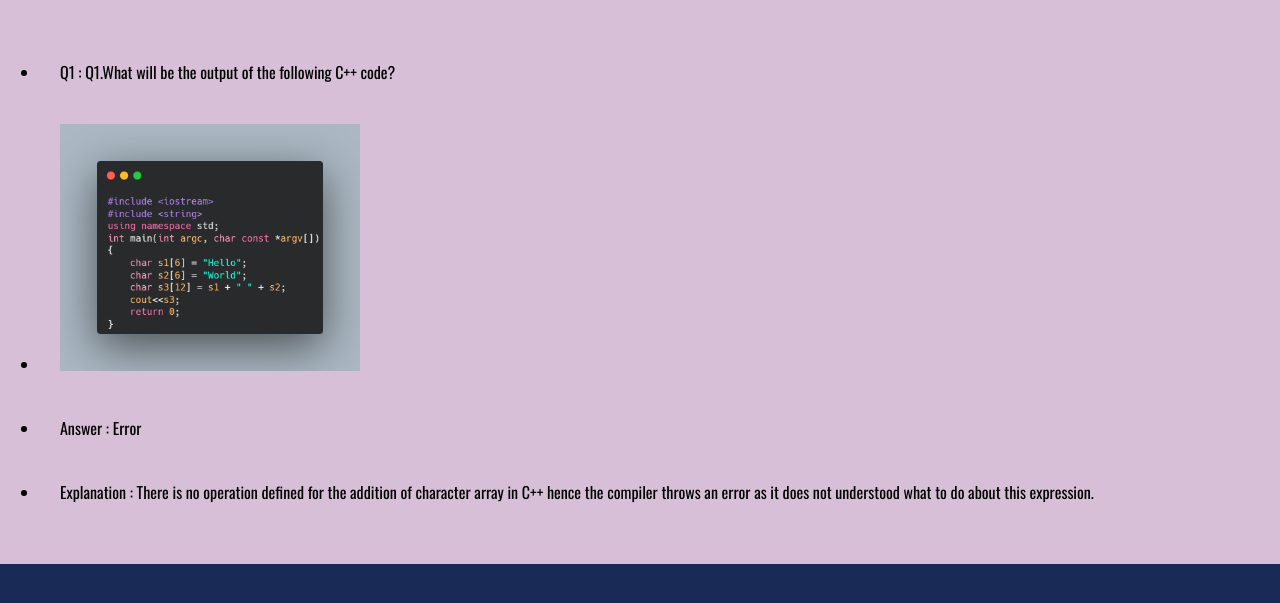
Repository: abdelrahmanahmed20021/Quiz-Platform
Page: info.html
An editor plug-in stored every save of this project. The page is shown before and after the next save, followed by the edit.
The browser window is 1280 px wide. The pictures show the whole page.

Above is the page before, as saved 2023-01-11 18:08:47.

After the next save:
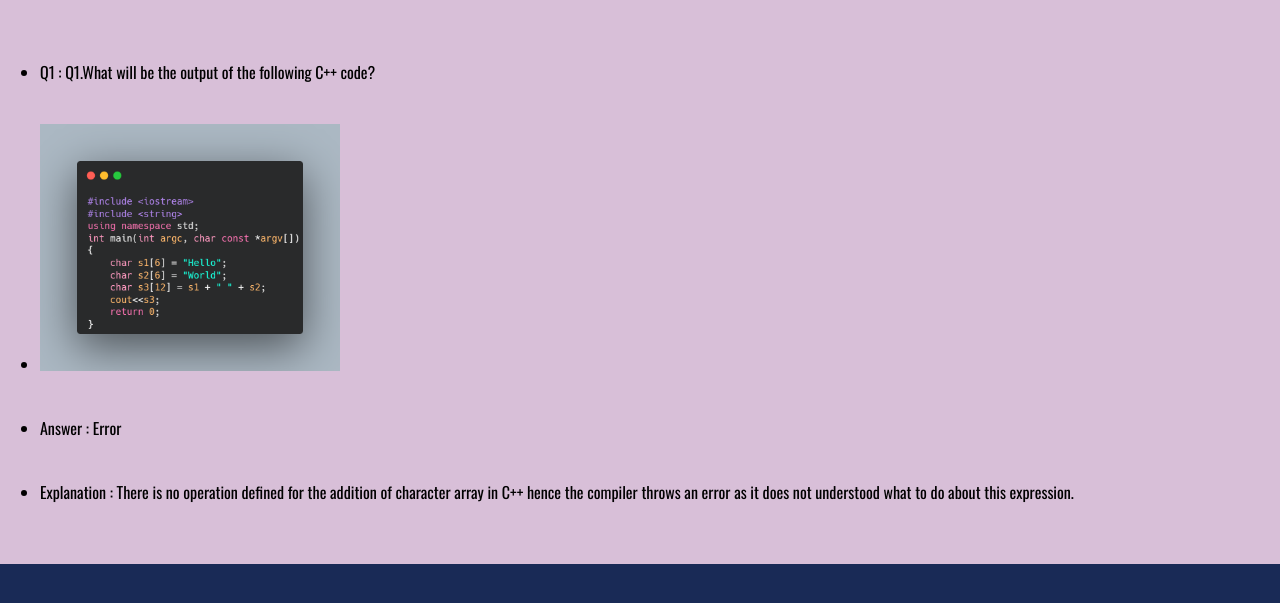
Saved 9 s later.
--- a/info.html
+++ b/info.html
@@ -16,7 +16,7 @@
                 padding: 40px;
             }
             .info-answers li{
-                padding: 20px;
+                padding: 20px 0;
             }
             .info-answers li img{
                 width: 300px;
